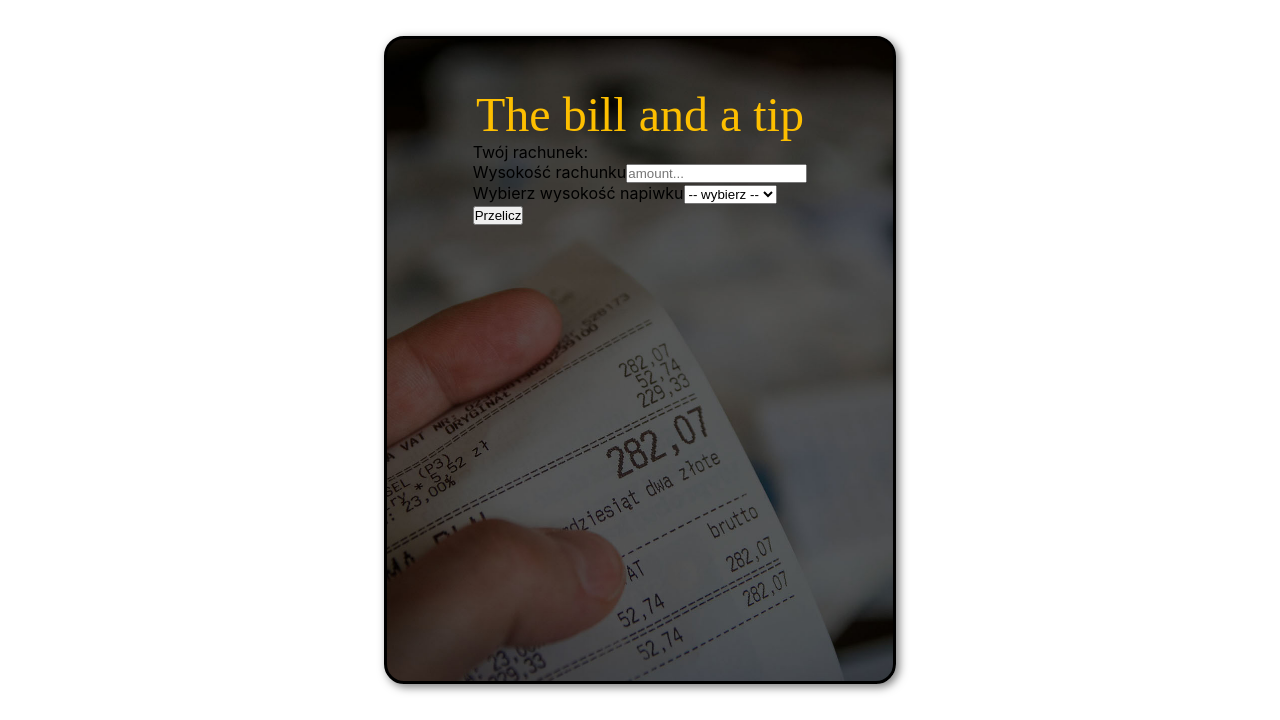
Repository: KrzysKolo/sr_tydzien4_zad1
Page: /
These files come from the project's save history. The page is drawn as it stood at one moment and after the next save; the edit follows.
The browser window is 1280 px wide. The pictures show the whole page.
Some web fonts or font styles are not loaded; a fallback is used. The project was rebuilt for these pictures with package versions that can differ from the ones it lists, and the page was loaded fresh each time.

Above is the page before, as saved 2020-11-06 10:35:21.

After the next save:
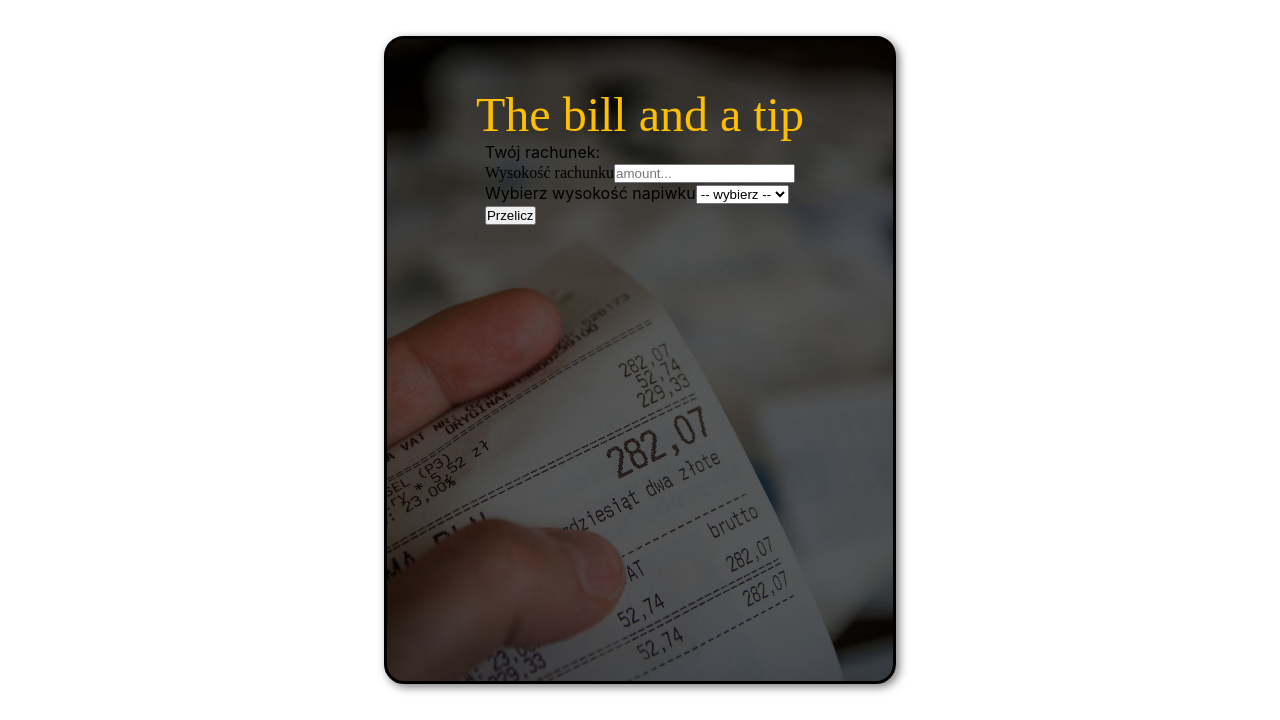
Saved 31 s later.
--- a/src/components/BillCard.css
+++ b/src/components/BillCard.css
@@ -17,6 +17,6 @@
   color: rgb(253, 191, 0);
   margin-top: 3rem;
 }
- {
+.label__BillCard {
   font-family: "Shadows Into Light Two", cursive;
 }
